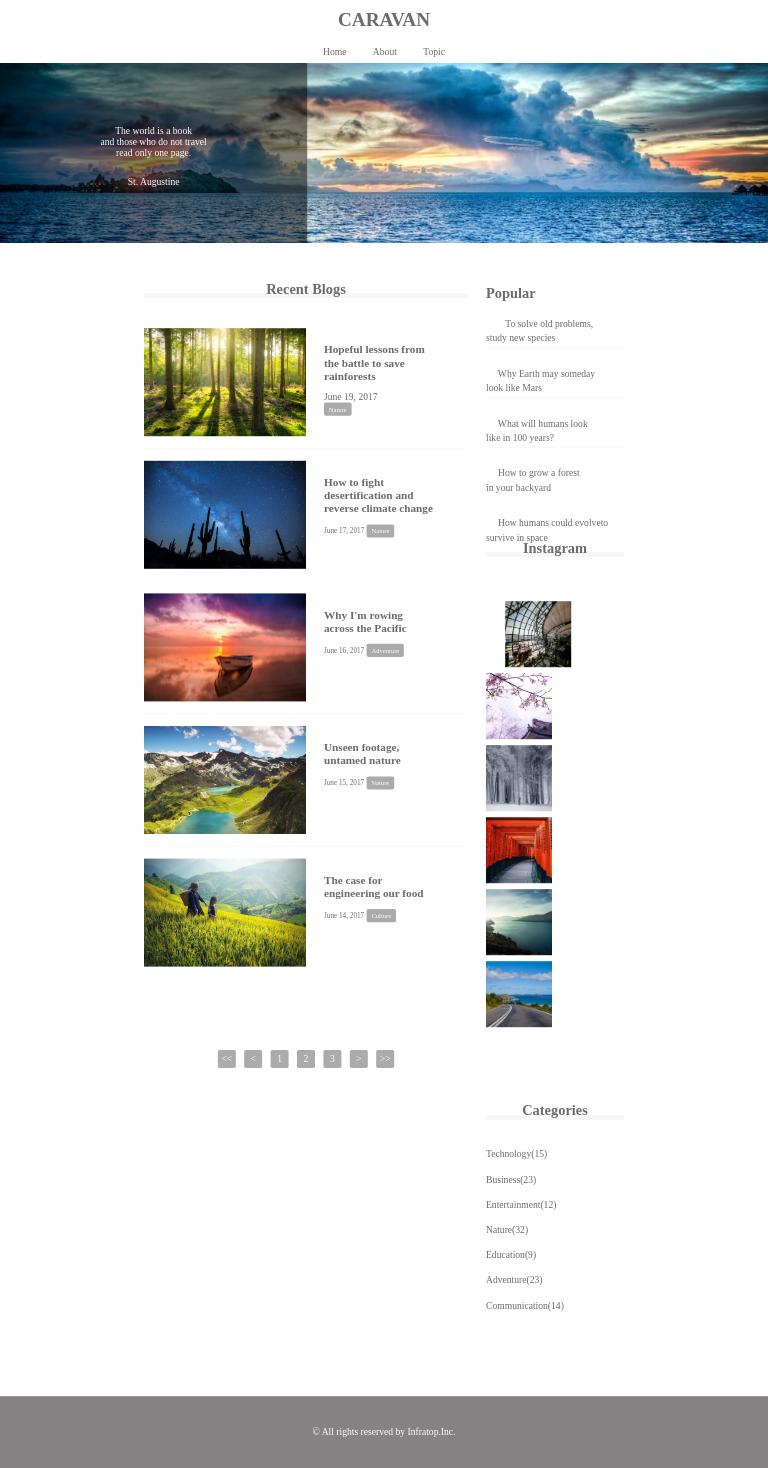
Repository: ayakodesu/html-practice
Page: caravan/index.html
The author's editor kept a record of every edit. The page is drawn from the files as they stood at one moment, then again after the next edit.
The browser window is 1280 px wide. The pictures show the whole page, at 60% of full size.

Above is the page before.

After the next edit:
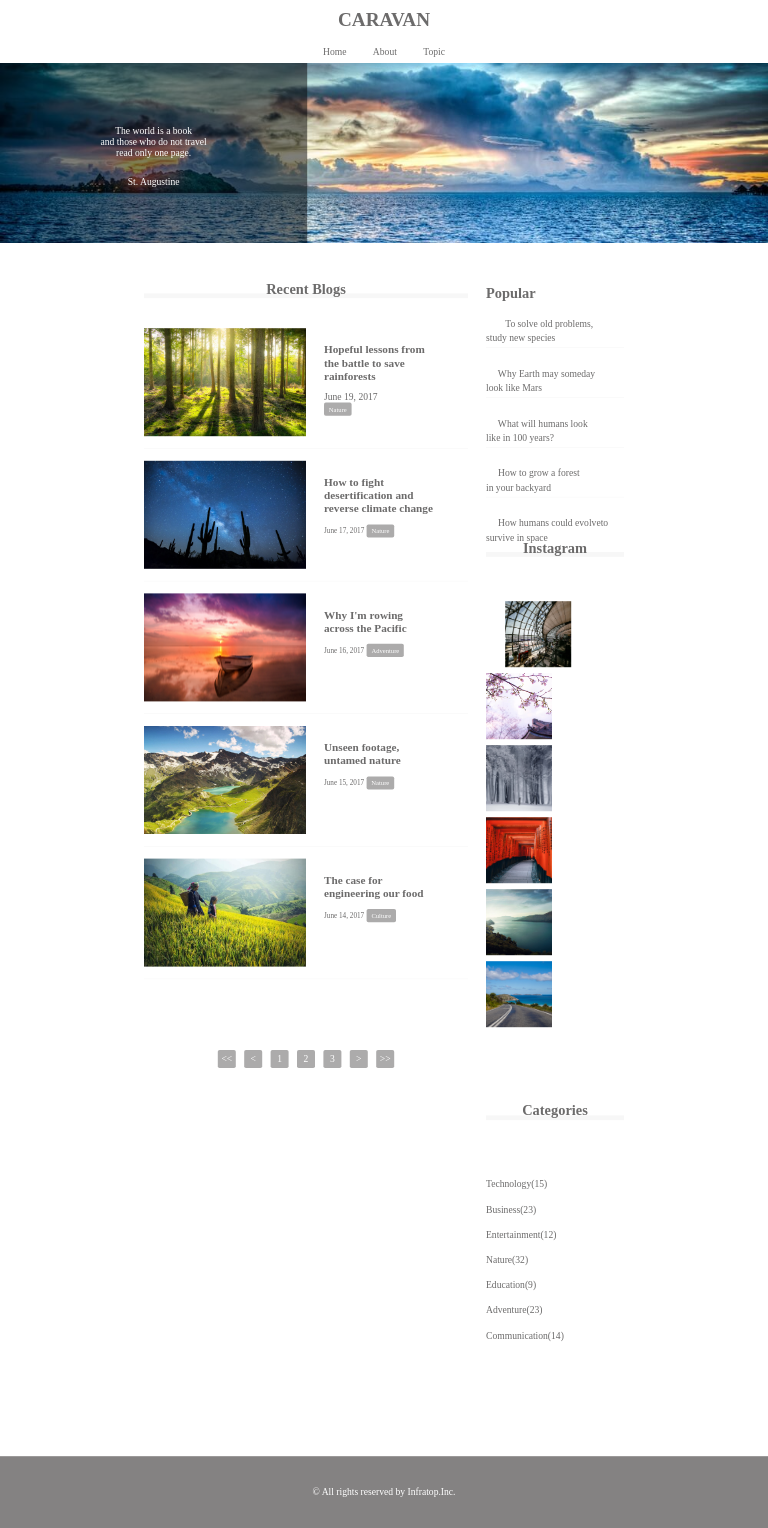
The edit:
--- a/caravan/index.html
+++ b/caravan/index.html
@@ -167,7 +167,7 @@
 
  　<section class="categories">
  　<h2 class="categories-heading common-heading">Categories</h2>
- 　<div class="sidebar-cintents">
+ 　<div class="sidebar-contents">
  　<p class="categori-text">Technology(15)</p>
  　<p class="categori-text">Business(23)</p>
  　<p class="categori-text">Entertainment(12)</p>
